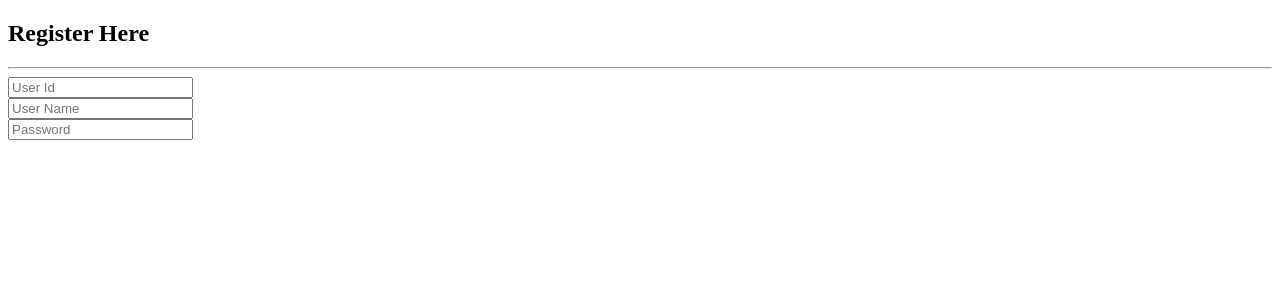
Repository: Abinayasivapraba/Finoculus
Page: LetzChat/WebContent/User/Register.html
The author's editor kept a copy of each file at every save. The page is drawn from the files as they stood at one save, then again after a run of saves.
The browser window is 1280 px wide. The pictures show the whole page.

Above is the page before, as saved 2017-08-03 00:34:16.

After the next 2 saves:
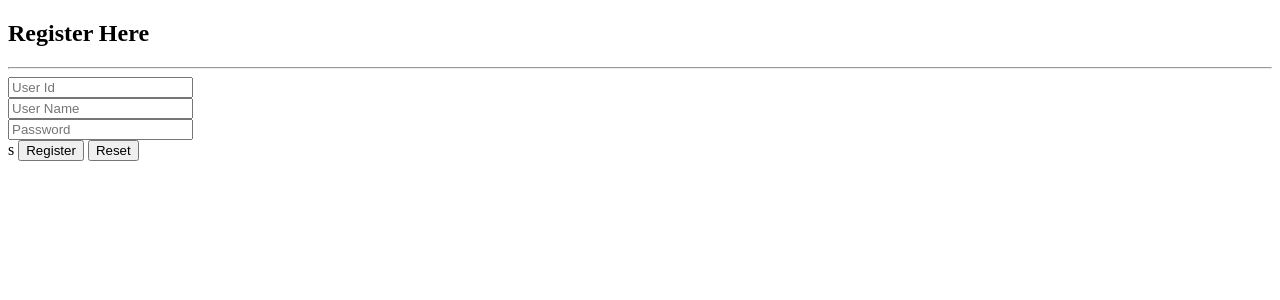
The 2 saves are shown as one change because they came seconds apart.
The last was saved 2 min 26 s later.
--- a/LetzChat/WebContent/User/Register.html
+++ b/LetzChat/WebContent/User/Register.html
@@ -27,7 +27,12 @@
 	        <div class='col-xs-6 form-group'>
 				<input type="password"  id="password" class="form-control" placeholder="Password" aria-describedby="fnameHelpInline"/>
 	        </div>
-	        </div>
+	        </div>s
+
+	        <input type="submit" class="btn btn-lg btn-success btn-success" value="Register">
+
+						<input type="reset" class="btn btn-lg btn-success btn-log" ng-click="ctrl.reset()" value="Reset">
+
 	      </form>
       </div>
      </div>
